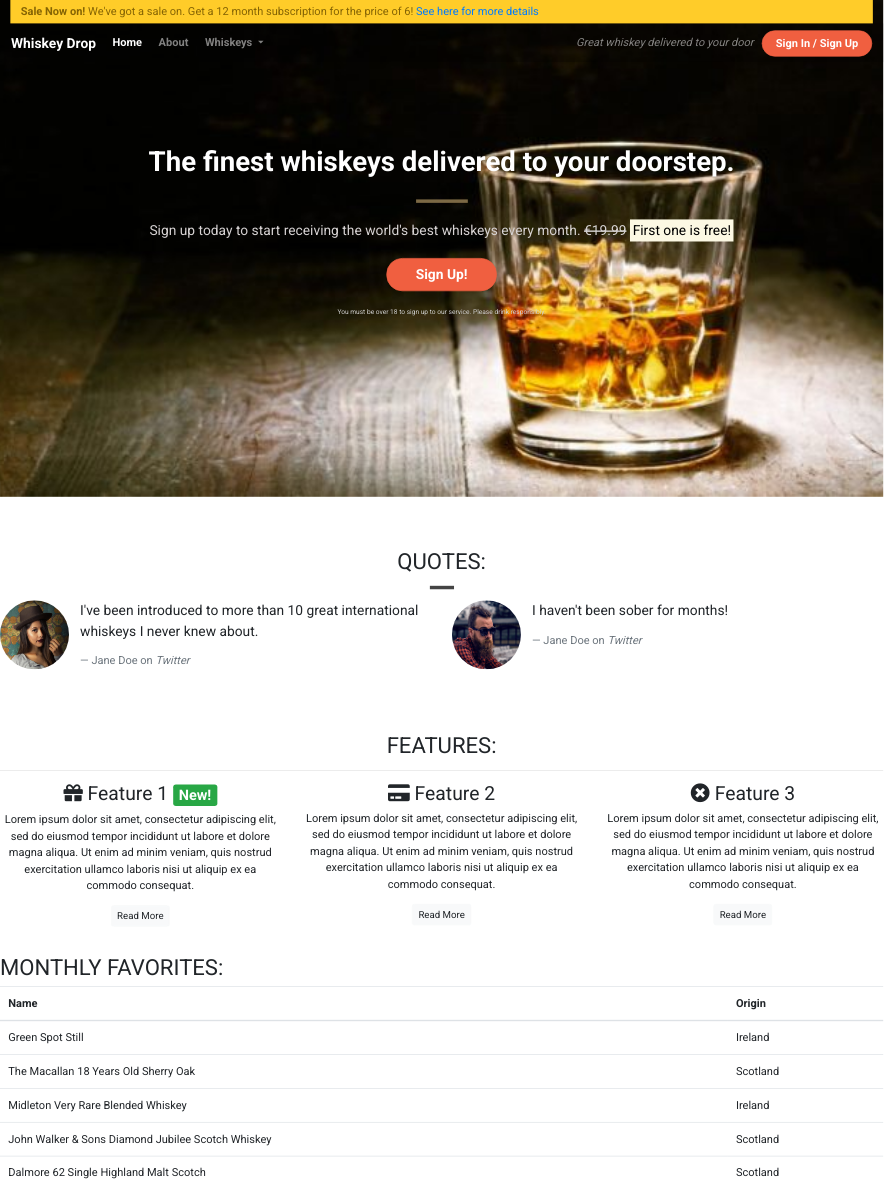
Repository: grisselfaura/BootstrappingYourNextBigIdea-BS4
Page: index.html
The author's editor kept a record of every edit. The page is drawn from the files as they stood at one moment, then again after the next edit.
The browser window is 1280 px wide. The page is 1295 px wide, so the pictures cover 1295 px, including what lies to the right of the window. The pictures show the whole page, at 69% of full size.
Backgrounds fixed to the window are drawn as part of the page. Some web libraries are served in a nearby version.

Above is the page before.

After the next edit:
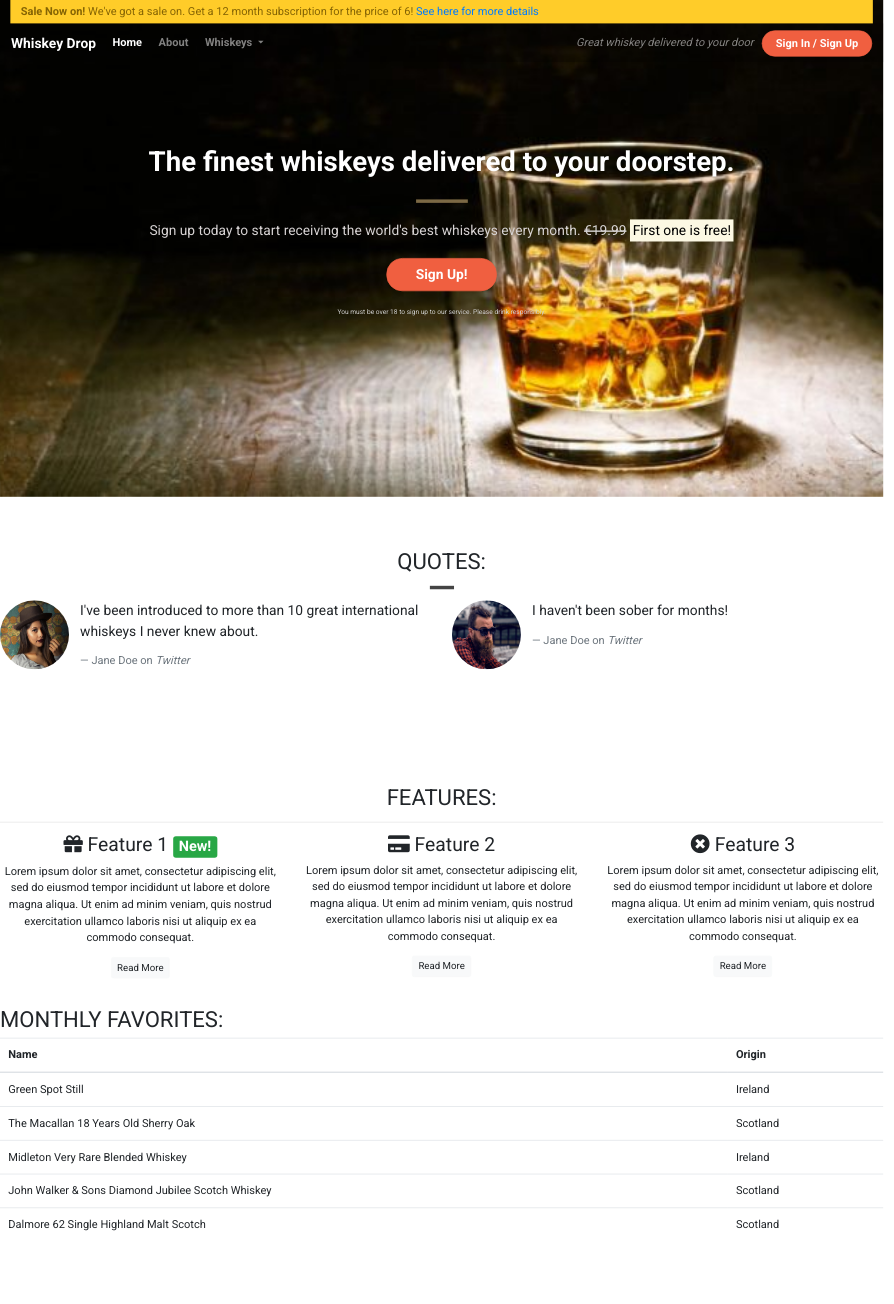
The edit:
--- a/index.html
+++ b/index.html
@@ -116,7 +116,7 @@
         <!-- /.quotes -->
     </div>
         <!-- Features -->
-        <div class="features-container">
+        <div class="cointainer features-container content-container">
         <section class="features">
             <div class="row">
                 <div class="col-12 page-header">
